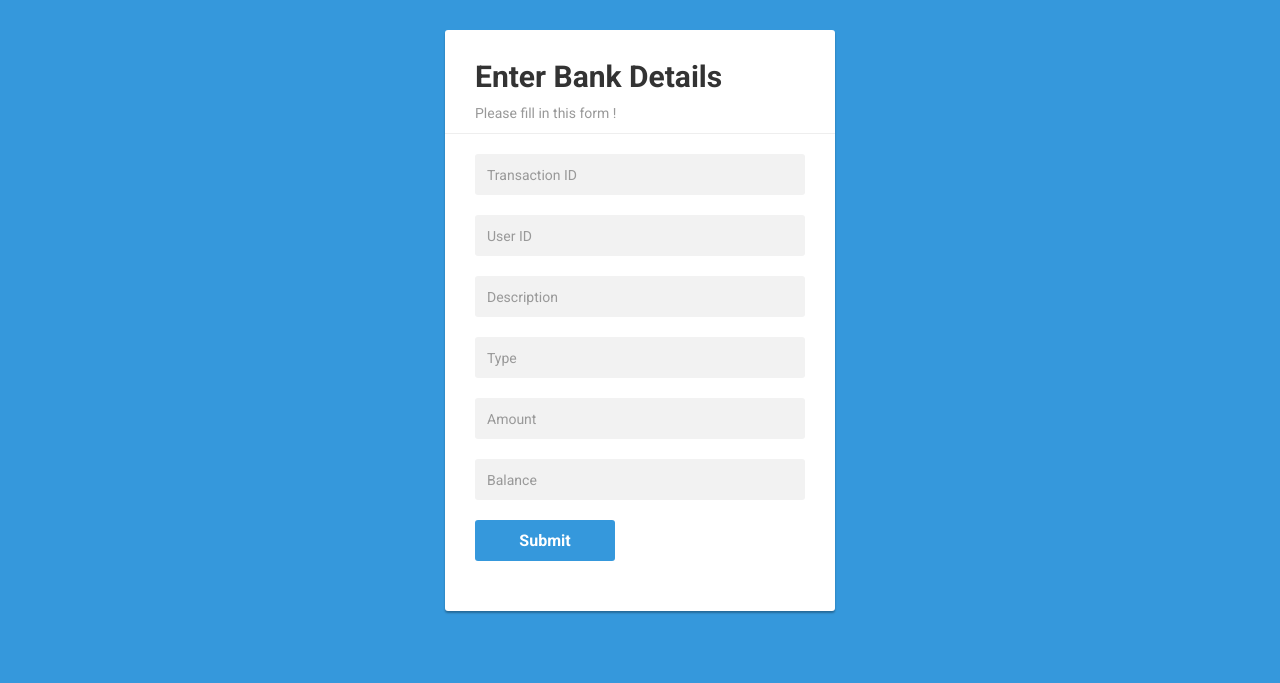
Repository: Rajat-Jain29/Java-Spring-Boot
Page: Registration/Bank Account/WebContent/bank.html
An editor plug-in stored every save of this project. The page is shown before and after the next save, followed by the edit.
The browser window is 1280 px wide. The pictures show the whole page.

Above is the page before, as saved 2021-03-21 14:25:59.

After the next save:
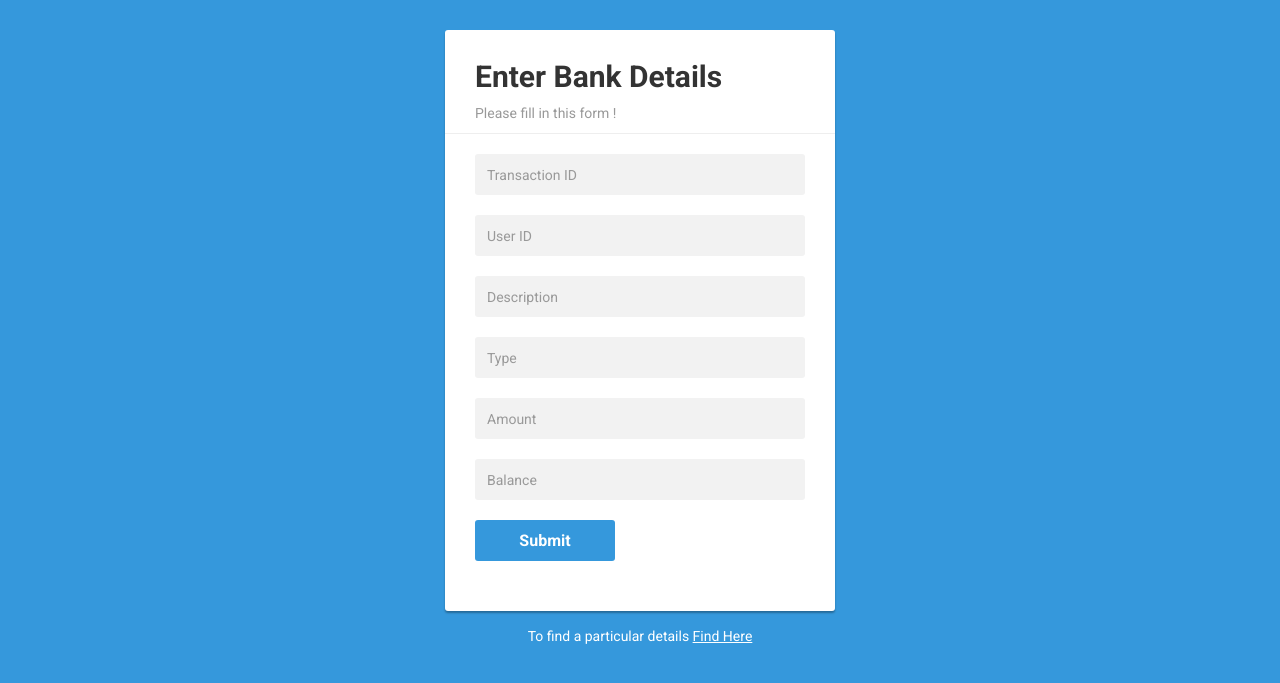
Saved 11 min 25 s later.
--- a/Registration/Bank Account/WebContent/bank.html
+++ b/Registration/Bank Account/WebContent/bank.html
@@ -145,6 +145,7 @@
             <button type="submit" class="btn btn-primary btn-lg">Submit</button>
         </div>
     </form>
+    <div class="hint-text">To find a particular details <a href="detail.html" target="_blank">Find Here</a></div>
 
 </div>
 </body>
